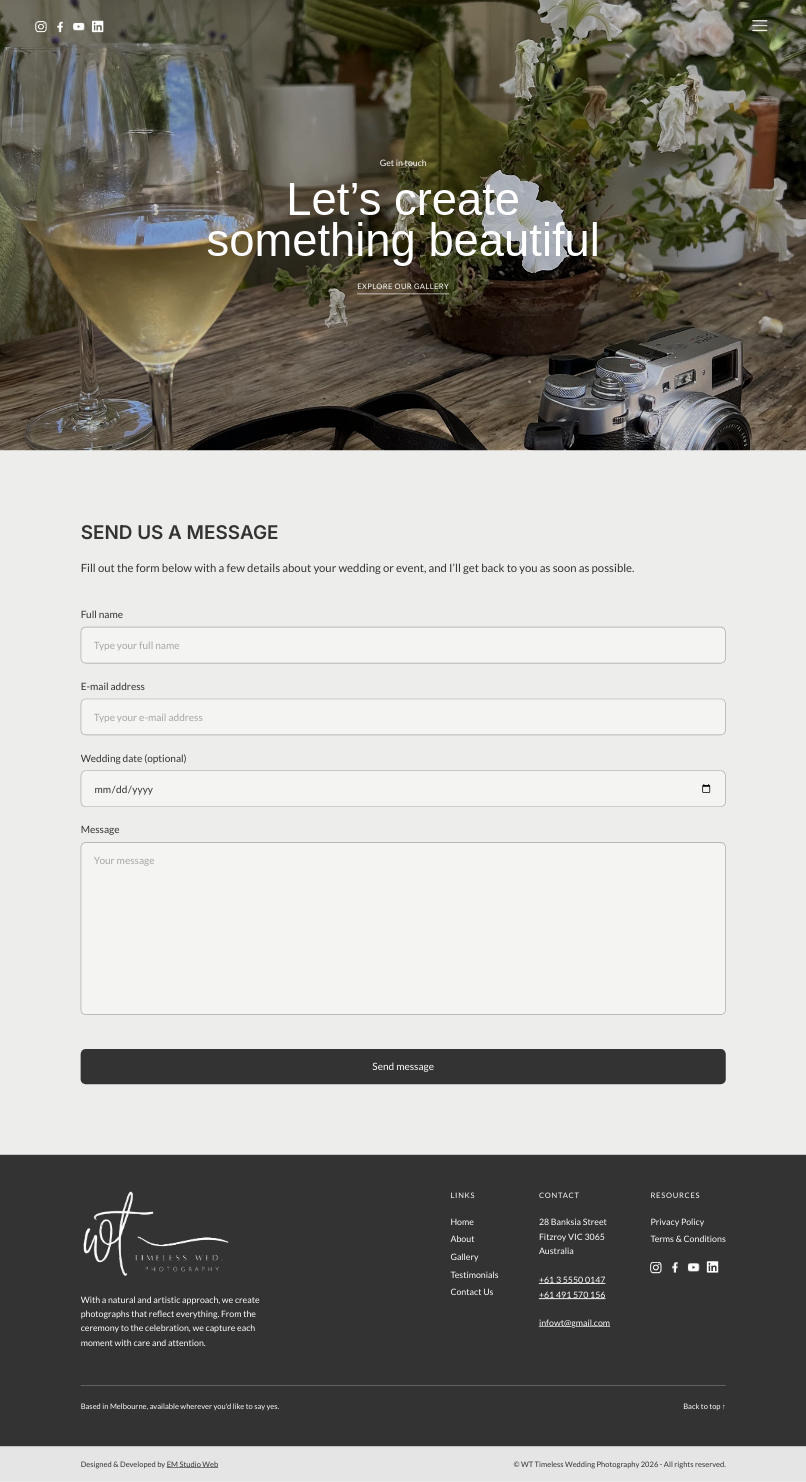
Repository: eduarda-magnago/wt-photography
Page: /contact
The author's editor kept a copy of each file at every save. The page is drawn from the files as they stood at one save, then again after the next save.
The browser window is 1280 px wide. The pictures show the whole page, at 63% of full size.
Some web fonts or font styles are not loaded; a fallback is used. The project was rebuilt for these pictures with package versions that can differ from the ones it lists, and the page was loaded fresh each time. The framework's server and built-in components were replaced by stand-ins that run in the browser. Also part of the build but not shown: next.config.ts.

Above is the page before, as saved 2026-10-15 12:21:28.

After the next save:
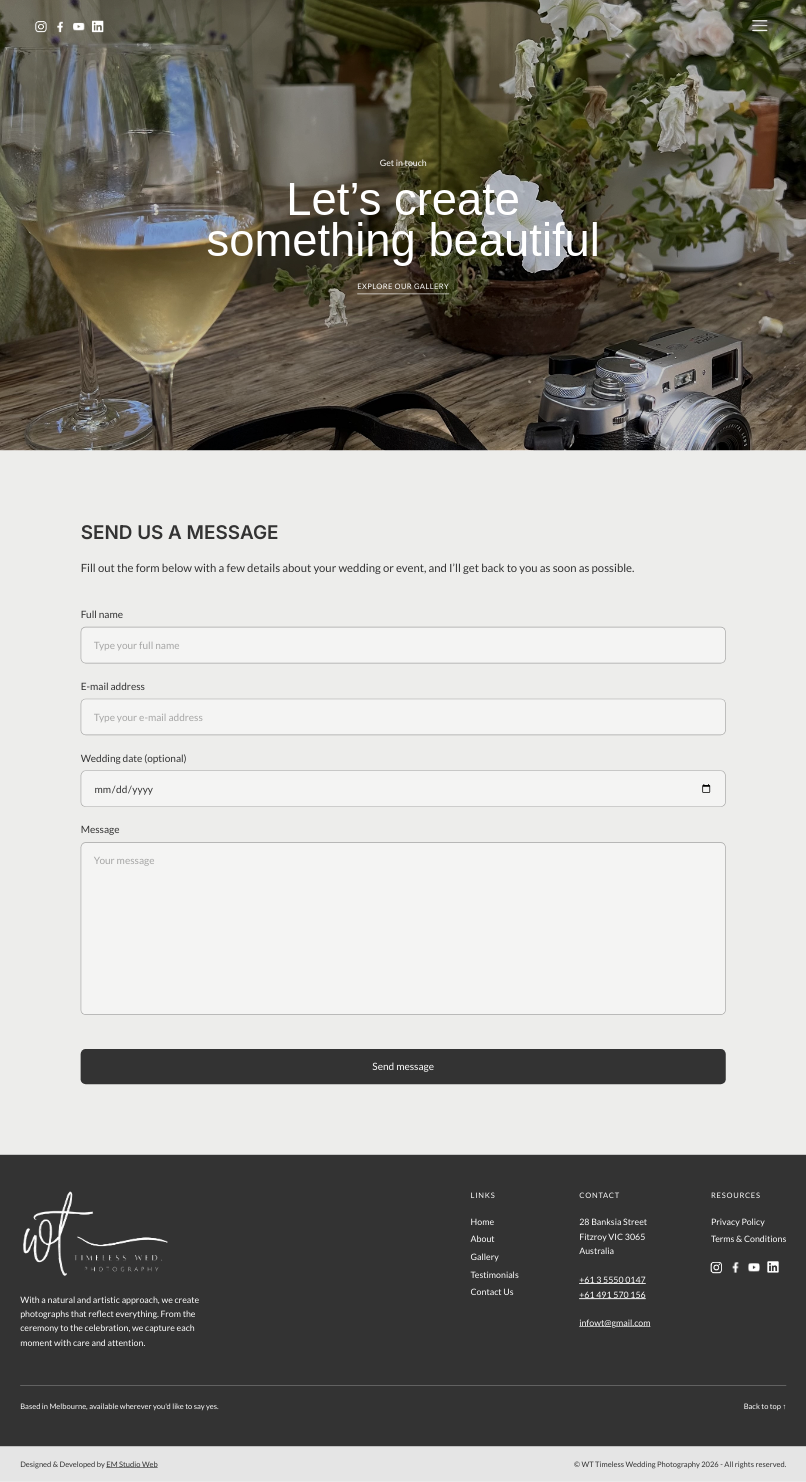
Saved 3 min 13 s later.
--- a/components/layout/footer.tsx
+++ b/components/layout/footer.tsx
@@ -14,9 +14,9 @@ const headingClass = "mb-6 text-xs uppercase tracking-widest";
 export default function Footer() {
   return (
     <footer>
-      <div className="bg-ink px-6 py-12 text-sm text-white md:px-14 md:py-14">
-        <div className="mx-auto max-w-5xl">
-          <div className="grid gap-12 md:grid-cols-[1fr_auto_auto_auto] md:gap-16">
+      <div className="bg-ink px-6 py-12 text-sm text-white md:px-8 md:py-14">
+        <div className="mx-auto max-w-[1600px]">
+          <div className="grid gap-12 md:grid-cols-[1fr_auto_auto_auto] md:gap-24">
             <div>
               <Image
                 src="/img/logo.png"
@@ -131,8 +131,8 @@ export default function Footer() {
         </div>
       </div>
 
-      <div className="bg-neutral-200 px-6 py-5 text-xs text-ink md:px-14">
-        <div className="mx-auto flex max-w-5xl flex-col gap-2 md:flex-row md:justify-between">
+      <div className="bg-neutral-200 px-6 py-5 text-xs text-ink md:px-8">
+        <div className="mx-auto flex max-w-[1600px] flex-col gap-2 md:flex-row md:justify-between">
           <p>
             Designed &amp; Developed by{" "}
             <a
